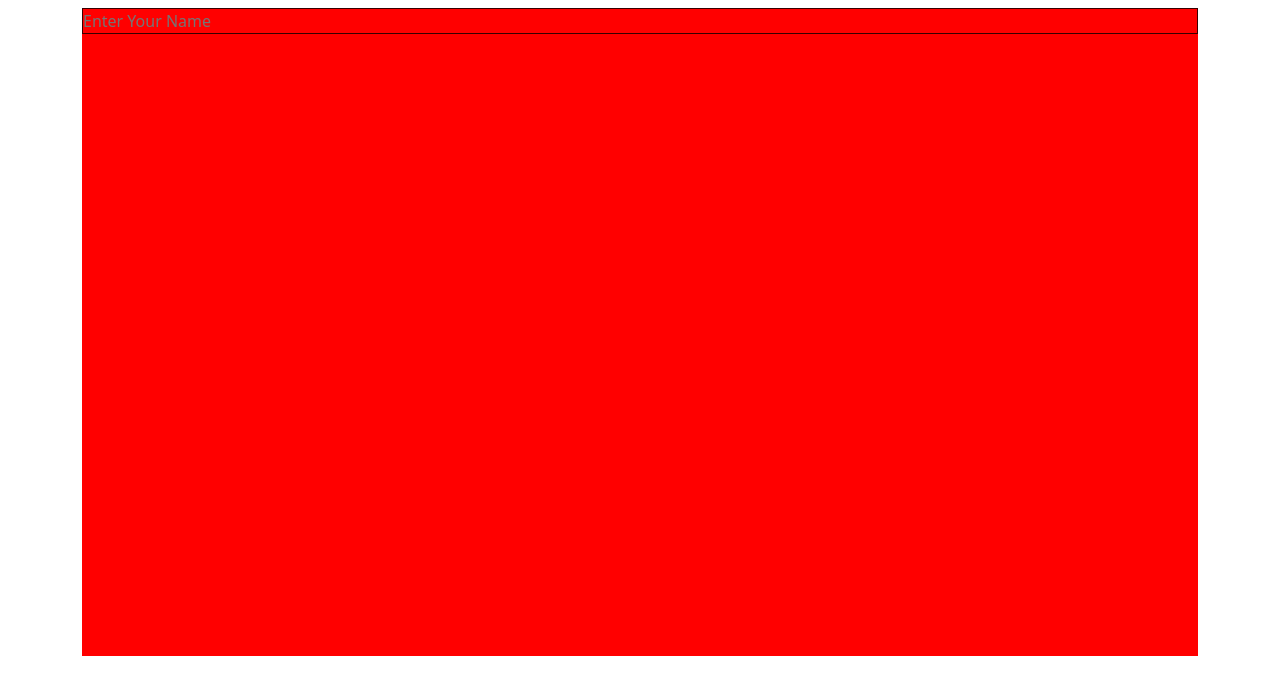
Repository: Haneef-Shaik/Greetings
Page: /
These files come from the project's save history. The page is drawn as it stood at one moment and after the next save; the edit follows.
The browser window is 1280 px wide. The pictures show the whole page.
The project was rebuilt for these pictures with package versions that can differ from the ones it lists, and the page was loaded fresh each time. The framework's server and built-in components were replaced by stand-ins that run in the browser. Also part of the build but not shown: next.config.js, styles/card.module.scss, components/card.js, styles/socialShare.module.scss, components/socialShare.js.

Above is the page before, as saved 2021-12-01 19:44:45.

After the next save:
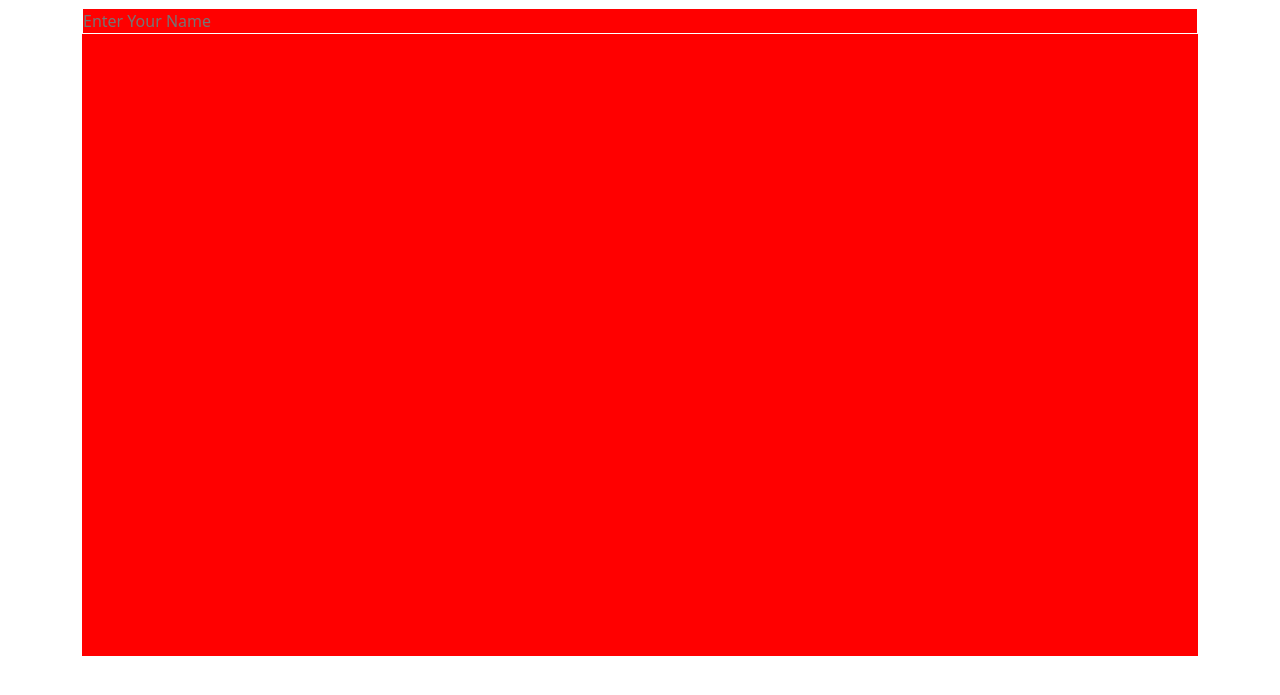
Saved 8 s later.
--- a/styles/form.module.scss
+++ b/styles/form.module.scss
@@ -2,7 +2,7 @@
     height:90vh;
     background-color:#FF0000;
     input{
-        border:1px solid #370000;
+        border:1px solid #FFFFFF;
         background-color:red;
     }
 }
